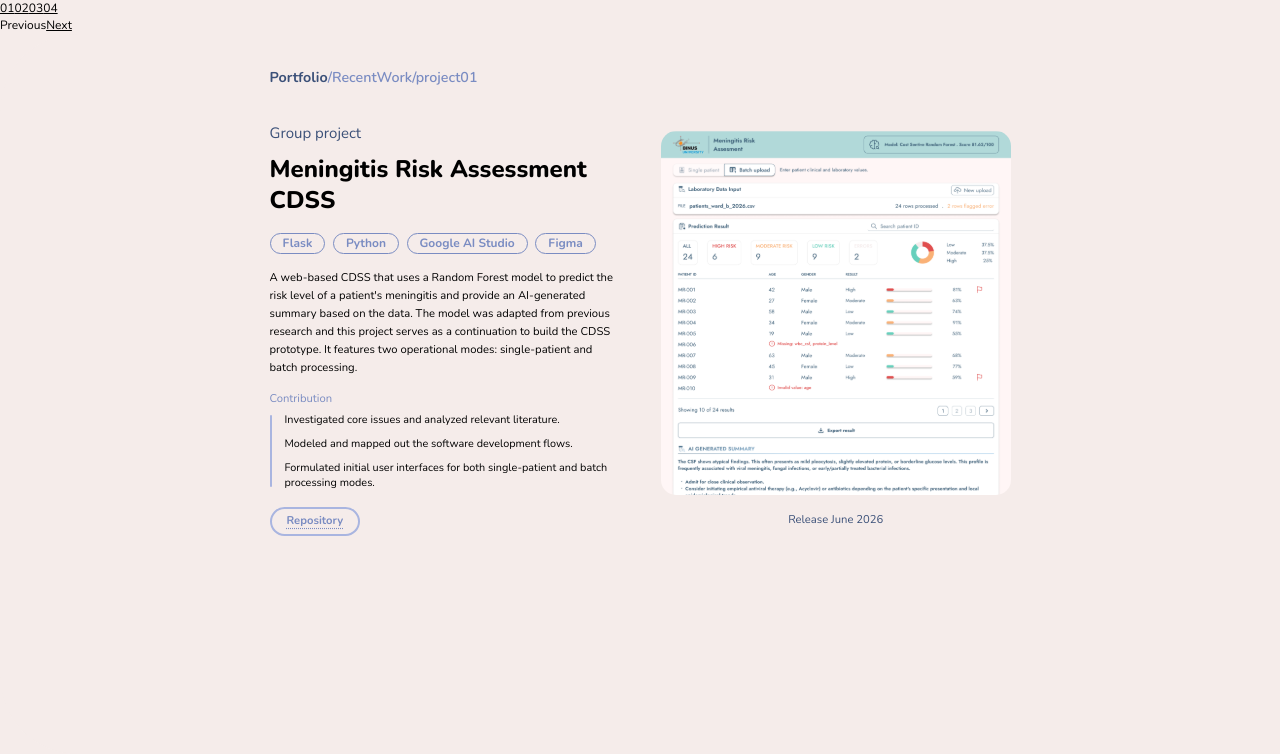
Repository: L-vy/L-vy
Page: /recentworks/project01
An editor plug-in stored every save of this project. The page is shown before and after the next save, followed by the edit.
The browser window is 1280 px wide. The pictures show the whole page.
Some web fonts or font styles are not loaded; a fallback is used. The project was rebuilt for these pictures with package versions that can differ from the ones it lists, and the page was loaded fresh each time. Also part of the build but not shown: vite.config.ts, src/components/Icon.tsx, src/data/site.ts, src/components/useGoTo.ts, src/components/Navbar.tsx, src/components/Hero.tsx, src/components/Reveal.tsx, src/components/Skills.tsx and 9 more.

Above is the page before, as saved 2026-10-07 20:26:23.

### index.html
<!doctype html>
<html lang="en">
  <head>
    <meta charset="UTF-8" />
    <meta name="viewport" content="width=device-width, initial-scale=1.0" />
    <meta name="description" content="Portfolio of Latasha Ivy Khoe, Computer Science student specializing in Cloud Technology, UI/UX design and full-stack development." />
    <meta name="theme-color" content="#7288c1" />
    <link rel="icon" href="/images/ivy-logo.svg" />
    <link rel="preconnect" href="https://fonts.googleapis.com" />
    <link rel="preconnect" href="https://fonts.gstatic.com" crossorigin />
    <link href="https://fonts.googleapis.com/css2?family=Nunito:ital,wght@0,400;0,600;0,700;0,800;1,400&family=Playwrite+US+Modern:wght@100..400&display=swap" rel="stylesheet" />
    <title>Latasha Ivy Khoe | Portfolio</title>
  </head>
  <body>
    <div id="root"></div>
    <script type="module" src="/src/main.tsx"></script>
  </body>
</html>

### src/main.tsx
import { StrictMode } from 'react'
import { createRoot } from 'react-dom/client'
import App from './App'
import './styles.css'
createRoot(document.getElementById('root')!).render(<StrictMode><App /></StrictMode>)

### src/App.tsx
import { BrowserRouter, Route, Routes } from 'react-router-dom'
import Home from './pages/Home'
import ProjectDetails from './pages/ProjectDetails'
import CursorCircle from './components/CursorCircle'
export default function App() {
  return (
    <BrowserRouter>
      <CursorCircle />
      <Routes>
        <Route path="/" element={<Home />} />
        <Route path="/recentworks/:id" element={<ProjectDetails />} />
        <Route path="*" element={<Home />} />
      </Routes>
    </BrowserRouter>
  )
}

### src/styles.css
/* Sizes are authored at design scale (16px = 1rem) and rendered at 75% via html{font-size:75%}. */
:root{--blue:#7288c1;--cream:#f5ecea;--ink:#3b5078;--peri:#7a8cc2;--light:#a9b5e0;--bar:#9fadd1;--pill:#d3d6e6;--panel:#d1d4e3;--ph:#d9d9d9;--txt:#000;--gut:max(3.5rem,calc((100% - 68.75rem)/2 + 3.5rem));color-scheme:light}
html{font-size:75%}
*{box-sizing:border-box}
body{margin:0;background:var(--cream);color:var(--txt);font-family:'Nunito',system-ui,sans-serif;line-height:1.4}
h1,h2,h3,p,ul{margin:0}
ul{padding:0;list-style:none}
a{color:inherit}
button{font-family:inherit;cursor:pointer}
img{max-width:100%}
:focus-visible{outline:3px solid var(--ink);outline-offset:3px}
.fx{font-family:'Playwrite US Modern','Nunito',cursive;font-weight:400}
.nav{position:relative;height:4.5rem;background:var(--blue)}
.nav::after{content:'';position:absolute;left:0;right:0;top:100%;height:2.875rem;background:var(--blue)}
.nav-tabs{max-width:68.75rem;margin:0 auto;height:100%;display:flex;align-items:flex-end;padding-left:28%}
.nav-tab{width:8.25rem;height:4rem;border:0;background:none;color:#e9ecf7;display:grid;place-items:center;padding:0;transition:opacity .25s}
.nav-tab:hover{opacity:.8}
.nav-tab.active{background:var(--cream);border-radius:1.5rem 1.5rem 0 0;color:var(--light);opacity:1}
.nav-tab img{height:2.125rem}
.page{position:relative;z-index:1;background:var(--cream);border-radius:2.875rem 2.875rem 0 0;padding:0 var(--gut)}
.section{padding-top:5.625rem}
.hero{position:relative;padding-top:2.875rem}
.hero-top{display:flex;justify-content:space-between;align-items:center}
.path{font-size:1.1875rem;font-weight:600;color:var(--peri)}
.path b{color:var(--ink);font-weight:700}
.crumb{background:none;border:0;padding:0;font:inherit;color:inherit}
.contact-link{background:none;border:0;font-size:1.1875rem;font-weight:700;color:var(--ink)}
.hero-grid{display:grid;grid-template-columns:16.875rem 1fr;gap:3.125rem;align-items:center;margin-top:3.25rem}
.hero-photo{width:100%;aspect-ratio:1;object-fit:cover;background:var(--ph);border-radius:2.5rem;transition:transform .3s}
.hero-photo:hover{transform:rotate(-1.2deg) scale(1.015)}
.hello{height:3.375rem;width:auto;display:block}
h1{margin-top:0.25rem;font:400 2.5rem/1.35 'Playwrite US Modern','Nunito',cursive}
.lead{max-width:30rem;font-size:1.0625rem;line-height:1.6;margin-top:0.875rem}
.lead.sm{font-size:0.9375rem;max-width:none;margin-top:1.25rem}
.actions{display:flex;align-items:center;gap:2.25rem;margin-top:1.625rem;flex-wrap:wrap}
.btn{display:inline-flex;align-items:center;gap:0.5rem;background:var(--ink);color:#fff;border:0;border-radius:62.4375rem;padding:0.75rem 1.375rem;font-size:1.0625rem;font-weight:700;transition:transform .25s}
.btn:hover{transform:translateY(-2px)}
.btn.blue{background:var(--blue);font-size:1.1875rem;padding:0.875rem 1.75rem}
.link-dotted{text-decoration:underline dotted;text-underline-offset:0.25rem;font-weight:700}
.link-dotted.grey{color:#777;font-size:1.0625rem}
.butterfly{display:block;margin:4rem auto 0;width:6rem}
.intro{max-width:47.5rem;margin:4.375rem auto 0;text-align:center}
.intro-text{font-size:1rem;line-height:1.7}
.pills{display:flex;flex-wrap:wrap;gap:0.625rem;justify-content:center;margin-top:1.375rem}
.pills.left{justify-content:flex-start}
.pill{border-radius:24rem;padding:0.1rem 1rem;font-weight:700;font-size:0.9375rem;background:var(--pill);color:var(--peri)}
.pill.solid-outline{background:none;border:1.5px solid var(--peri);font-size:1rem}
.reveal{opacity:0;transform:translateY(0.875rem);transition:opacity .6s,transform .6s}
.reveal.in{opacity:1;transform:none}
.fill{height:100%}
.cards{display:grid;grid-template-columns:repeat(4,1fr);gap:1.625rem;margin-top:2.125rem}
.card{display:flex;flex-direction:column;min-width:0}
.card-img{display:block;aspect-ratio:400/420;border-radius:2.25rem;overflow:hidden;background:var(--ph);transition:transform .3s}
.card-img img{width:100%;height:100%;object-fit:cover;display:block}
.card:hover .card-img{transform:rotate(-1.2deg) scale(1.015)}
.card-title{display:flex;justify-content:space-between;align-items:flex-start;gap:0.5rem;margin-top:1rem;color:var(--ink)}
.card-title .icon{flex:none}
.clamp{font-size:1.125rem;font-weight:800;line-height:1.3;color:var(--txt);display:-webkit-box;-webkit-line-clamp:2;-webkit-box-orient:vertical;overflow:hidden}
.card-sum{font-size:0.875rem;line-height:1.5;margin-top:0.375rem}
.card-links{margin-top:0.625rem}
.card-links .link-dotted{color:var(--peri);font-size:0.875rem}
.tabbar{position:relative;background:var(--bar);border-radius:62.4375rem;padding:0.375rem 0.5rem;display:flex;justify-content:center;gap:0.75rem;margin-top:2.125rem;box-shadow:0 0.5rem 0.875rem -0.375rem rgba(60,70,110,.35)}
.tabwrap{position:relative;width:min(9.375rem,22%)}
.tab{width:100%;border:0;border-radius:62.4375rem;padding:0.5rem 0;font-size:1rem;font-weight:700;background:var(--pill);color:#8f9dcf;transition:background .25s,color .25s}
.tab.on{background:#fff;color:var(--ink)}
.pointer{position:absolute;left:50%;bottom:-1.25rem;margin-left:-0.5625rem;border:0.5625rem solid transparent;border-top:0;border-bottom:0.8125rem solid var(--ink)}
.panel{margin-top:2.75rem;background:var(--panel);border-radius:1.375rem;height:30.625rem;box-shadow:0 0.375rem 1rem -0.5rem rgba(60,70,110,.3);transition:background .3s,box-shadow .3s}
.panel.bound{background:transparent;box-shadow:none}
.banner{height:100%;display:flex;flex-direction:column;gap:2.125rem;padding:1.875rem 2.125rem 2.5rem}
.banner-img{flex:1;min-height:0;width:100%;object-fit:cover;background:var(--ph);border-radius:2.25rem;transition:transform .3s}
.banner:hover .banner-img{transform:rotate(-1.2deg) scale(1.015)}
.tx{padding-left:0.4375rem}
.tx h2{font-size:1.625rem;line-height:1.4}
.tx h3{margin-top:2px;font-size:1.1875rem;font-weight:700}
.tx p{margin-top:0.375rem;font-style:italic;font-size:0.9375rem}
.folders{height:100%;display:grid;grid-template-columns:1fr 1fr;gap:1.5rem;padding:1.75rem 2rem}
.folder{--rim:#3b5078;--body:#f3f3f9;background:var(--rim);border-radius:1.875rem;padding:1.5px;display:flex;flex-direction:column;overflow:hidden}
.media{height:11.875rem;margin-bottom:-2.5rem;flex:none;position:relative;overflow:hidden;border-radius:1.78125rem 1.78125rem 0 0;background:var(--ph)}
.media>*{display:block;width:100%;height:100%;object-fit:cover;background:var(--ph);transform:scale(1.06);transition:transform .3s}
.folder:hover .media>*{transform:rotate(-1.2deg) scale(1.1)}
.rest{flex:1;position:relative;z-index:1;background:var(--body);border-radius:0 1.78125rem 1.78125rem 1.78125rem;padding:0 1.375rem 1.125rem;display:flex;flex-direction:column}
.rest .tab{position:absolute;left:0;top:-2.25rem;width:80%;height:2.3125rem;padding:0;border-radius:1.25rem 1.25rem 0 0;background:var(--body)}
.rest .tab::after{content:'';position:absolute;right:-1.25rem;bottom:0;width:1.25rem;height:1.25rem;background:radial-gradient(circle at 100% 0,transparent 1.21875rem,var(--body) 1.25rem)}
.head{position:relative;margin-top:-1.375rem}
.head::before{content:'';float:right;width:24%;height:1rem}
.head b{display:-webkit-box;-webkit-line-clamp:3;-webkit-box-orient:vertical;overflow:hidden;font-size:1.0625rem;font-weight:800;line-height:1.25}
.head span{display:block;font-size:0.9375rem;color:#6f748f;margin-top:2px}
.folder p{margin-top:0.75rem;font-size:0.84375rem;font-style:italic;line-height:1.5;display:-webkit-box;-webkit-line-clamp:4;-webkit-box-orient:vertical;overflow:hidden}
.foot{margin-top:auto;padding-top:0.625rem;display:flex;justify-content:space-between;align-items:center;min-height:2.75rem}
.foot strong{font-size:1.5625rem;line-height:1.3}
.go{display:grid;place-items:center;width:2.5rem;height:2.5rem;border-radius:50%;background:var(--ink);color:#fff;transition:transform .25s}
.go:hover{transform:translate(2px,-2px)}
.exp{position:relative;height:100%}
.plate{position:absolute;left:0;top:0;bottom:0;width:8.125rem;background:#c9cde0;border-radius:1.625rem 0 0 1.625rem;box-shadow:0 0.625rem 1.125rem -0.625rem rgba(60,70,110,.4)}
.rail{position:absolute;left:0;top:4.4375rem;width:3.75rem;height:0;z-index:2}
.rail button{position:absolute;left:0.8125rem;top:calc(var(--i)*4.5rem);width:2.9375rem;height:5.25rem;z-index:calc(var(--i) + 1);border:0;background:var(--c);color:#fff;border-radius:1.125rem 0 0 1.125rem;display:grid;place-items:center;padding:0;transition:left .25s,width .25s}
.rail button:hover,.rail button[aria-selected=true]{left:0.4375rem;width:3.3125rem}
.rail button[aria-selected=true]{z-index:10}
.fcard{--acc:#9fadd1;position:absolute;left:3.75rem;right:0;top:0;bottom:0;background:var(--cream);border:2.5px solid var(--acc);border-radius:1.625rem;box-shadow:0 0.625rem 1.25rem -0.625rem rgba(60,70,110,.4);padding:1.375rem 1.75rem 1.375rem 1.875rem;overflow:hidden;transition:border-color .35s}
.pg{position:relative;height:100%;display:grid;grid-template-columns:1fr 1fr;grid-template-rows:auto 1fr;column-gap:3.5rem;animation:in .4s ease both}
@keyframes in{from{opacity:0;transform:translateY(0.5rem)}to{opacity:1;transform:none}}
.lab{grid-column:1/-1;font-size:0.8125rem}
.col{display:flex;flex-direction:column;min-width:0}
.col.end{align-self:end;padding-bottom:0.625rem}
.t{font-size:1.6875rem;font-weight:800;color:var(--ttl);line-height:1.2;margin-top:1.75rem}
.col.end .t{margin-top:0}
.sub{font-size:1.25rem;color:var(--ttl);margin-top:0.375rem}
.d{font-size:0.875rem;line-height:1.55;margin-top:1rem;font-style:italic}
.h{font-size:0.8125rem;margin:1.375rem 0 0.375rem}
.col ul{padding-left:1.25rem;font-size:0.84375rem;line-height:1.55;list-style:disc}
.stack,.zig{position:relative;margin-top:auto}
.stack{height:8rem}
.zig{margin-top:0.875rem}
.sp{position:absolute;display:block;width:62%;height:7.375rem;object-fit:cover;background:var(--ph);border:1px solid var(--txt);border-radius:1.625rem;transform:rotate(var(--r));transition:transform .3s}
.sp:hover{z-index:9;transform:rotate(calc(var(--r)*-1)) translateY(-0.3125rem) scale(1.03)}
.stack .sp:nth-child(1){--r:-2deg;left:0;top:0.375rem}
.stack .sp:nth-child(2){--r:1.5deg;left:20%;top:0.75rem}
.stack .sp:nth-child(3){--r:-1deg;left:38%;top:0}
.zig .sp{width:70%;height:7.5625rem}
.zig .sp:nth-child(1){--r:1deg;left:0;top:0}
.zig .sp:nth-child(2){--r:-1deg;left:44%;top:7rem}
.zig .sp:nth-child(3){--r:1deg;left:-1%;top:14.125rem}
.p1{left:47%;top:0.5rem;width:29%;height:8.4375rem;--r:1deg}
.p2{left:66%;top:4.875rem;width:27%;height:auto;aspect-ratio:210/297;--r:-1deg}
.contact{text-align:center;padding:5.75rem 0 6.25rem}
.contact h2{font-size:2.25rem;font-weight:400}
.contact b{font-weight:800}
.contact .btn{margin-top:1.375rem}
.footer{background:var(--blue);color:#eef0fa;padding:3.25rem var(--gut) 2.5rem;display:flex;justify-content:space-between;align-items:flex-end;gap:1.875rem;flex-wrap:wrap;min-height:14.375rem}
.footer ul{display:flex;gap:2.75rem;align-self:flex-start}
.ci{display:block;color:#dfe4f6;transition:transform .25s}
.ci:hover,.ci.pulse{transform:translateY(-0.25rem) scale(1.12)}
.footer-by{text-align:right;line-height:2;font-size:1rem}
/* .detail{border-radius:0 0 2.875rem 2.875rem;padding-top:2.875rem;padding-bottom:4.375rem} */
.detail{flex:1;min-width:0;min-height:100vh;border-radius:6.5rem 0 0 6.5rem;padding-top:2.875rem;padding-bottom:4.375rem}
.detail-grid{display:grid;grid-template-columns:1fr 1fr;gap:3.5rem;align-items:center;margin-top:2.875rem}
.detail-title{margin:0;font:800 2rem/1.3 'Nunito',sans-serif}
.detail .pills{margin-top:1.375rem}
.meta{margin-bottom:0.875rem;font-size:1.25rem;font-weight:400;color:var(--ink)}
.contrib{margin:1.125rem 0 0.5rem;font:400 0.9375rem 'Playwrite US Modern','Nunito',cursive;color:var(--peri)}
.contrib-list {position: relative;padding-left: 1.25rem;display: grid;gap: 0.75rem;font-size: 0.90625rem;}
.contrib-list::before {content: '';position: absolute;left: 0;top: 0.25rem;bottom: 0.25rem;width: 2px;background-color:var(--light);border-radius: 9999px;}
/* .contrib-list{border-left:3px solid var(--light);border-top-left-radius: 4px;border-bottom-left-radius: 4px;padding-left:0.875rem;display:grid;gap:0.75rem;font-size:0.90625rem} */
/* .contrib-list li{display:flex;gap:0.875rem;align-items:center}
.contrib-list li::before{content:'';width:0.75rem;height:0.75rem;flex:none;border-radius:50%;border:3px solid var(--peri)} */
.detail-links{display:flex;gap:0.75rem;flex-wrap:wrap;margin-top:1.375rem}
/* .detail-links .pill{background:none;border:2px solid var(--light);color:var(--peri);padding:0.375rem 1.25rem;font:400 0.875rem 'Playwrite US Modern','Nunito',cursive;text-decoration:underline dotted;text-underline-offset:0.25rem} */
.detail-links .pill{background:none;border:2px solid var(--light);color:var(--peri);padding:0.375rem 1.25rem;font-family:inherit;font-size:0.9375rem;font-weight:700;text-decoration:underline dotted;text-underline-offset:0.25rem}
.proto{margin:0}
/* .proto img{display:block;width:100%;aspect-ratio:1/1.08;object-fit:cover;background:var(--ph);border:3px solid var(--ink);border-radius:3rem;transition:transform .3s} */
.proto img {  border: 0;  outline: 0;  border-radius: 15px;}
.proto img:hover{transform:rotate(1.2deg) scale(1.015)}
.proto figcaption{text-align:center;font-weight:500;font-size:0.9375rem;color:var(--ink);margin-top:1rem}
/* .pager{background:var(--blue);margin-top:-2.875rem;padding:5.5rem var(--gut) 1.5rem;display:flex;justify-content:center;gap:3.5rem} */
/* .pager-btn{margin-top:-3rem;height:3.25rem;display:grid;place-items:center;color:#fff;font-weight:700;font-size:1.125rem;text-decoration:none;transition:opacity .2s} */
/* .pager-btn.prev{background:var(--cream);color:var(--ink);padding:0 2.125rem;border-radius:0 0 1.5rem 1.5rem}
.pager-btn.off{opacity:.5}
.pager-btn.prev.off{opacity:1;color:var(--light)} */
/* .pager-btn.hang{background:var(--cream);color:var(--ink);padding:0 2.125rem;border-radius:0 0 1.5rem 1.5rem} */
/* .pager-btn.off{opacity:.5} */
/* .pager-btn.hang.off{opacity:1;color:var(--light)} */
.cursor-circle{position:fixed;left:0;top:0;width:4rem;height:4rem;border-radius:50%;background:rgba(114,136,193,.28);pointer-events:none;z-index:50;transform:translate(-6.25rem,-6.25rem) scale(0);transition:transform .18s}
@media (max-width:960px)
{.cards{grid-template-columns:1fr 1fr}.nav-tabs{padding-left:4%}.nav-tab{width:6rem}}
@media (max-width:760px)
{.page{border-radius:1.875rem 1.875rem 0 0;padding:0 1.25rem}.hero-grid,.detail-grid{grid-template-columns:1fr;gap:1.75rem}.hero-photo{max-width:16.25rem}h1{font-size:1.875rem}.detail-title{font-size:1.5625rem}.cards{grid-template-columns:1fr}.tab{font-size:0.75rem}.tabbar{gap:0.375rem}.pointer{display:none}.panel{height:auto}.banner{padding:1.125rem;gap:1.5rem}.banner-img{flex:none;height:11.875rem}.folders{grid-template-columns:1fr;padding:1.125rem}.folder{min-height:23.75rem}.contact h2{font-size:1.6875rem}.footer ul{gap:1.375rem}.footer-by{text-align:left}.plate{display:none}.fcard{position:static;padding:1.25rem 1.125rem;border-radius:1.375rem}.exp{height:auto}.rail{position:static;height:auto;display:flex;gap:0.375rem;padding-left:0.625rem}.rail button,.rail button:hover,.rail button[aria-selected=true]{position:static;width:3.5rem;height:2.875rem;border-radius:0.875rem 0.875rem 0 0}.pg{display:flex;flex-direction:column;gap:0.875rem;height:auto}.col.end{padding:0}.stack,.zig{height:auto;display:grid;gap:0.625rem;margin-top:0.625rem}.pg .sp{position:static;width:100%;height:6.875rem}.pg .p2{height:auto;width:58%;align-self:center}}
@media (prefers-reduced-motion:reduce){*{transition:none!important;animation:none!important}}

### src/components/CursorCircle.tsx
import { useEffect, useRef } from 'react'
// Soft circle that follows the pointer and expands over buttons/links. Hidden on touch devices.
export default function CursorCircle() {
  const ref = useRef<HTMLDivElement>(null)
  useEffect(() => {
    if (!window.matchMedia('(hover: hover) and (pointer: fine)').matches) return
    const el = ref.current!
    const move = (e: MouseEvent) => {
      const over = (e.target as Element | null)?.closest('a,button,[data-cursor]')
      el.style.transform = `translate(${e.clientX}px,${e.clientY}px) translate(-50%,-50%) scale(${over ? 1 : 0})`
    }
    const leave = () => { el.style.transform = 'translate(-100px,-100px) scale(0)' }
    window.addEventListener('mousemove', move); document.addEventListener('mouseleave', leave)
    return () => { window.removeEventListener('mousemove', move); document.removeEventListener('mouseleave', leave) }
  }, [])
  return <div ref={ref} className="cursor-circle" aria-hidden="true" />
}

### src/components/ProjectSidebar.tsx
import { Link } from 'react-router-dom'
import { projects } from '../data/projects'

const pad = (n: number) => String(n + 1).padStart(2, '0')

export default function ProjectSidebar({ index }: { index: number }) {
  const prev = projects[index - 1], next = projects[index + 1]
  return (
    <aside className="side">
      <nav className="steps" aria-label="Projects">
        {projects.map((q, n) => (
          <Link
            key={q.id}
            to={`/recentworks/${q.id}`}
            // RULE 2: 'on' = cream tab
            className={`step fx${n === index ? ' on' : ''}`}
            aria-label={`Project ${n + 1}: ${q.title}`}
            aria-current={n === index ? 'page' : undefined}
          >{pad(n)}</Link>
        ))}
      </nav>
      <nav className="side-nav" aria-label="Previous and next project">
        {/* RULE 3: no prev → first page → 'edge' (light blue) */}
        {prev
          ? <Link className="side-btn" to={`/recentworks/${prev.id}`}>Previous</Link>
          : <span className="side-btn edge" aria-disabled="true">Previous</span>}
        {/* RULE 3: no next → last page → 'edge' (light blue) */}
        {next
          ? <Link className="side-btn" to={`/recentworks/${next.id}`}>Next</Link>
          : <span className="side-btn edge" aria-disabled="true">Next</span>}
      </nav>
    </aside>
  )
}

Loaded but not shown: src/data/projects.ts (42 lines, source omitted); src/pages/ProjectDetails.tsx (76 lines, source omitted)

After the next save:
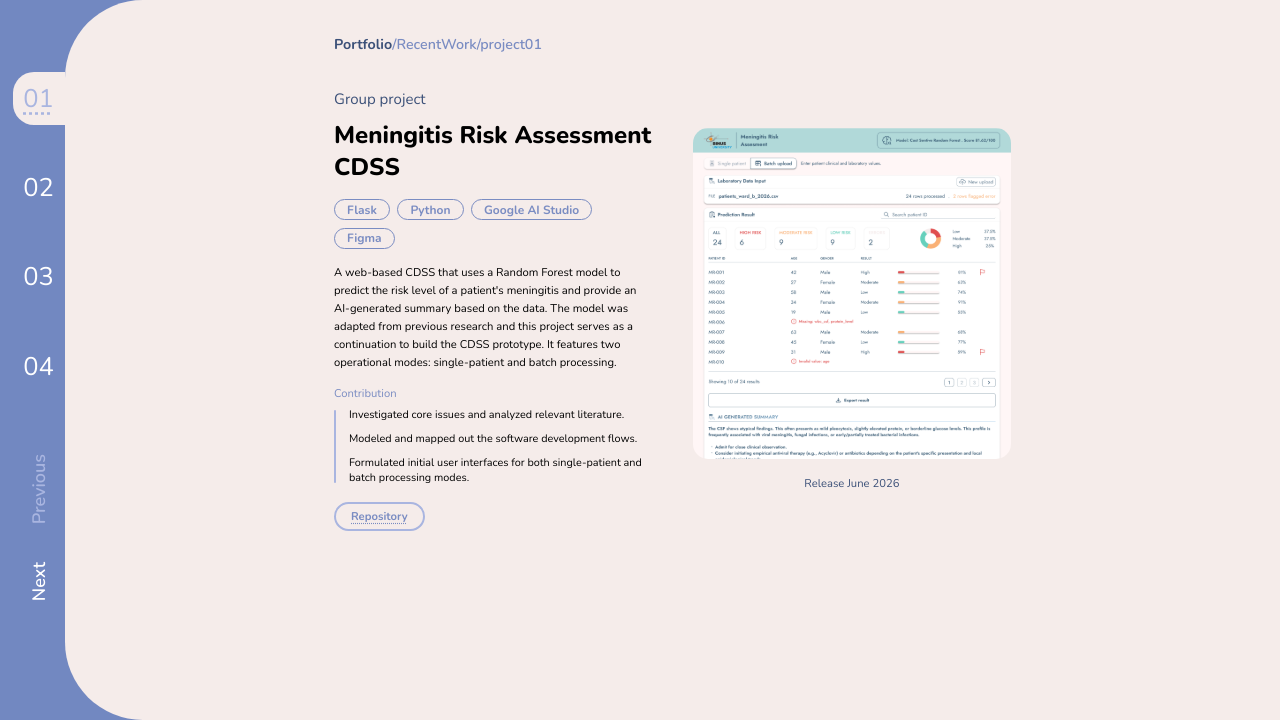
Saved 19 s later.
--- a/src/styles.css
+++ b/src/styles.css
@@ -136,6 +136,21 @@ h1{margin-top:0.25rem;font:400 2.5rem/1.35 'Playwrite US Modern','Nunito',cursiv
 .detail-grid{display:grid;grid-template-columns:1fr 1fr;gap:3.5rem;align-items:center;margin-top:2.875rem}
 .detail-title{margin:0;font:800 2rem/1.3 'Nunito',sans-serif}
 .detail .pills{margin-top:1.375rem}
+/* ---------- Project detail: left sidebar ---------- */
+.detail-shell{display:flex;min-height:100vh;background:var(--blue)}
+.side{position:sticky;top:0;align-self:flex-start;flex:none;width:5.375rem;height:100vh;display:flex;flex-direction:column;padding:6rem 0 9.875rem}
+
+/* step indicators 01–04 */
+.steps{align-self:flex-end;display:grid;gap:3rem}
+.step{display:grid;place-items:center;width:4.3125rem;height:4.4375rem;border-radius:1.75rem 0 0 1.75rem;background:transparent;color:#fff;font-size:2.125rem;text-decoration:none;transition:opacity .25s}
+.step:not(.on):hover{opacity:.8}
+.step.on{background:var(--cream);color:var(--light);text-decoration:underline dotted;text-underline-offset:0.375rem}   /* RULE 2 */
+
+/* vertical Previous / Next */
+.side-nav{margin-top:auto;align-self:flex-end;width:4.3125rem;display:flex;flex-direction:column;align-items:center;gap:3.125rem}
+.side-btn{writing-mode:vertical-rl;transform:rotate(180deg);color:#fff;font-size:1.5rem;font-weight:600;line-height:1;text-decoration:none;transition:opacity .2s}   /* white by default */
+a.side-btn:hover{opacity:.8}
+.side-btn.edge{color:var(--light)}   /* RULE 3 */
 .meta{margin-bottom:0.875rem;font-size:1.25rem;font-weight:400;color:var(--ink)}
 .contrib{margin:1.125rem 0 0.5rem;font:400 0.9375rem 'Playwrite US Modern','Nunito',cursive;color:var(--peri)}
 .contrib-list {position: relative;padding-left: 1.25rem;display: grid;gap: 0.75rem;font-size: 0.90625rem;}
